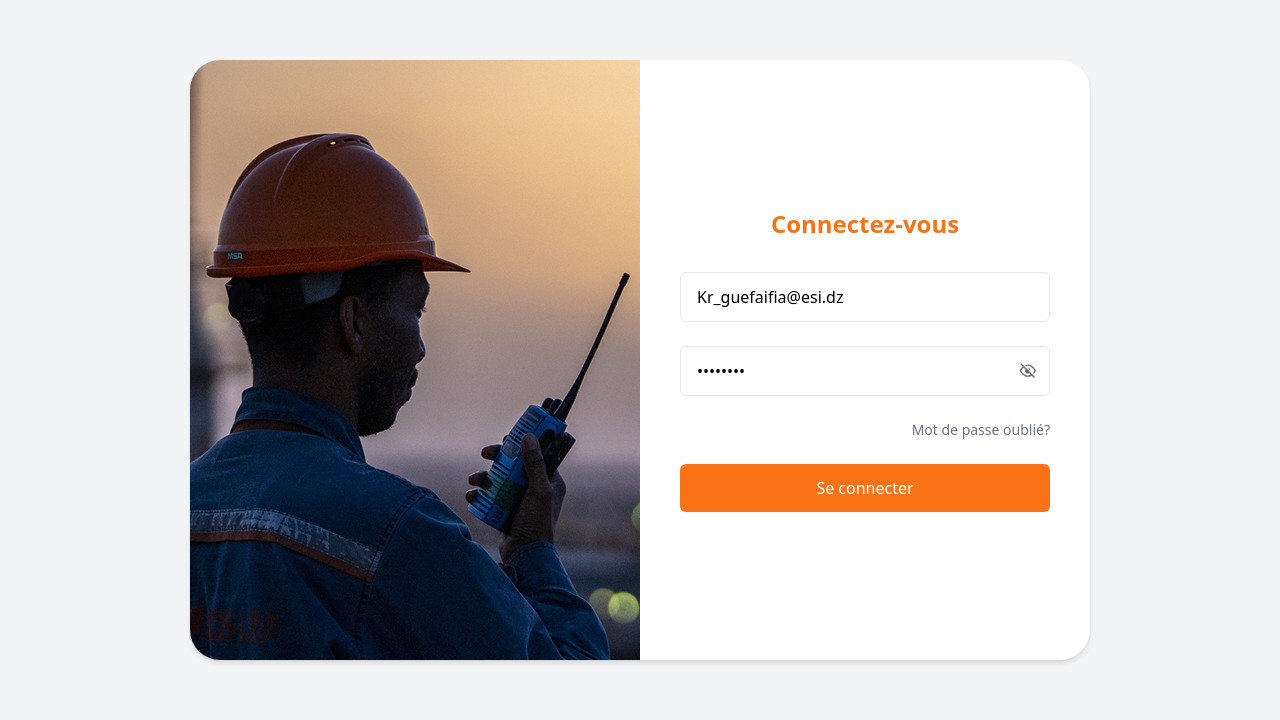
Repository: 123455675848484848484884848484/Projet_2cs
Page: / (app in front/)
The author's editor kept a copy of each file at every save. The page is drawn from the files as they stood at one save, then again after the next save.
The browser window is 1280 px wide. The pictures show the whole page.
The project was rebuilt for these pictures with package versions that can differ from the ones it lists, and the page was loaded fresh each time. Also part of the build but not shown: front/src/App.css.

Above is the page before, as saved 2025-04-20 11:55:09.

After the next save:
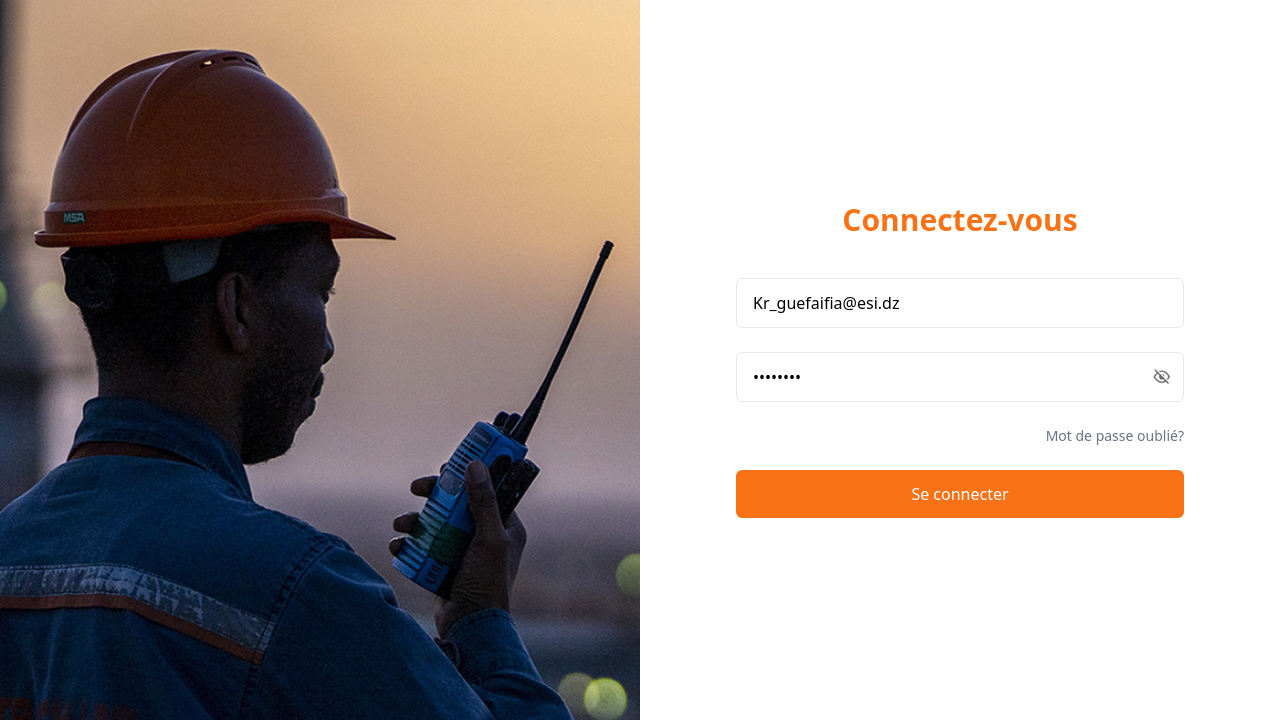
Saved 2 min 21 s later.
--- a/front/src/Login.jsx
+++ b/front/src/Login.jsx
@@ -16,28 +16,24 @@ const Login = () => {
   };
 
   return (
-    <div className="fixed top-0 left-0 w-screen h-screen flex items-center justify-center bg-gray-100">
-      <div className="flex w-[900px] h-[600px] overflow-hidden shadow-md rounded-[30px] bg-white">
+    <div className="h-screen w-screen bg-gray-100 flex">
       {/* Image gauche */}
-      <div className="w-1/2">
+      <div className="w-1/2 h-full">
         <img
           src="/login.png"
           alt="worker"
-          className="h-full w-full object-cover"
+          className="w-full h-full object-cover"
           id="login-image"
         />
       </div>
 
       {/* Formulaire */}
-      <div className="w-1/2 flex flex-col justify-center px-10 py-12">
-        <h2
-          className="text-2xl font-bold text-orange-500 mb-8 text-center"
-          id="login-title"
-        >
+      <div className="w-1/2 h-full flex flex-col justify-center items-center px-16 bg-white">
+        <h2 className="text-3xl font-bold text-orange-500 mb-10 text-center" id="login-title">
           Connectez-vous
         </h2>
 
-        <form className="space-y-6" onSubmit={handleSubmit} id="login-form">
+        <form className="w-full max-w-md space-y-6" onSubmit={handleSubmit} id="login-form">
           {/* Email */}
           <div>
             <label htmlFor="email-input" className="sr-only">Email</label>
@@ -102,7 +98,6 @@ const Login = () => {
         </form>
       </div>
     </div>
-  </div>
   );
 };
 
